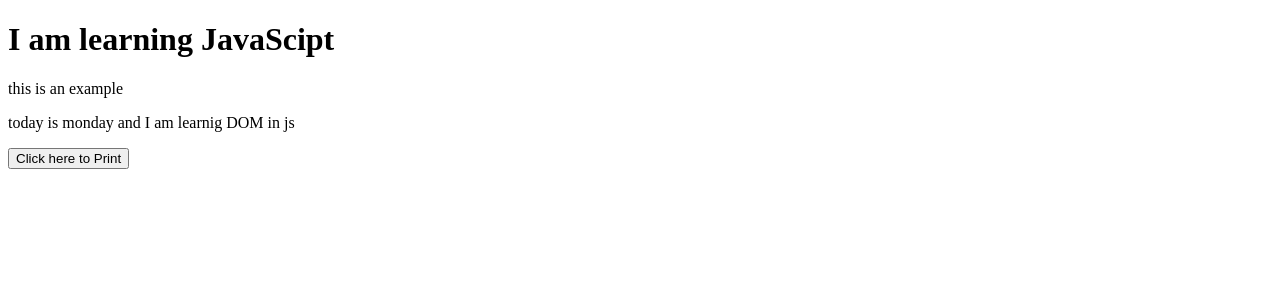
Repository: phulkeshwarmahto/CompleteJS
Page: index.html
The author's editor kept a copy of each file at every save. The page is drawn from the files as they stood at one save, then again after a run of saves.
The browser window is 1280 px wide. The pictures show the whole page.

Above is the page before, as saved 2025-06-24 17:07:02.

### index.html
<!DOCTYPE html>
<html lang="en">
<head>
    <meta charset="UTF-8">
    <meta name="viewport" content="width=device-width, initial-scale=1.0">
    <title>Document</title>
</head>
<body>
    <h1 id="myH">I am learning JavaScipt
    </h1>
    <p id="myP">this is an example</p>
    <p class="para" >today is monday and I am learnig DOM in js</p>
    <button onclick="window.print()">Click here to Print</button>
    <p
</body>
<script src="first.js">
</script>
<script src="DocumentObjectModel(DOM).js"></script>
</html>

### DocumentObjectModel(DOM).js
/* DOM = it is a programming interface for HTML and XML documents.
It represents the structure of a document as a tree of objects, allowing scripts to access and manipulate the content, structure, and style of a document.
The DOM provides a way to interact with the document, allowing developers to create dynamic web pages and applications by modifying the document structure, style, and content in response to user actions or other events.

 The DOM is language-agnostic, meaning it can be used with various programming languages, but it is most commonly associated with JavaScript in web development.
The DOM is a standard that defines the structure and behavior of documents, and it is implemented by web browsers to provide a consistent interface for developers to work with HTML and XML documents.
The DOM is a tree-like structure where each node represents a part of the document, such as an element, attribute, or text content.
The DOM provides methods and properties to traverse the document tree, access and modify elements, attributes, and text content, and respond to events such as user interactions.
The DOM is an essential part of web development, enabling developers to create interactive and dynamic web applications by manipulating the document structure and content in real-time.


/*  structutre of the DOM
+-----------+
|  window   |
+-----------+
     |
+-----------+
| document  |
+-----------+
     |
+-----------+
|   html    |
+-----------+
   /     \
 /         \
v           v
+------+   +------+
| head |   | body |
+------+   +------+
  |          |   \
  |          |    \
  v          v     v
+------+   +------+ +--------+
| meta |   |  div | | script |
+------+   +------+ +--------+
| meta |     |
+------+     v
|title |  +------+------+---+
+------+  | img, h1, p, div |
| link |  +-------------+---+
+------+

all boxes are nodes and also a objects in the DOM.
Each node can have attributes, child nodes, and text content.
*/

console.dir(window); // window is the global object in the browser environment
console.dir(document); // document is a property of the window object, representing the DOM of the current page
console.dir(document.documentElement); // Represents the root element of the document (usually <html>)
console.dir(document.head); // Represents the <head> element of the document
console.dir(document.body); // Represents the <body> element of the document

let word = document.getElementById("myH")
console.dir(word); // Accessing an element by its ID
console.dir(word.innerHTML); // Accessing the inner HTML of the element

let elements = document.getElementsByClassName("para");
console.dir(elements); // Accessing elements by their class name
console.log(elements); // Logging the HTMLCollection of elements with the class "para"

Loaded but not shown: first.js (no copy from this time; the picture is the same without it)

After the next 2 saves:
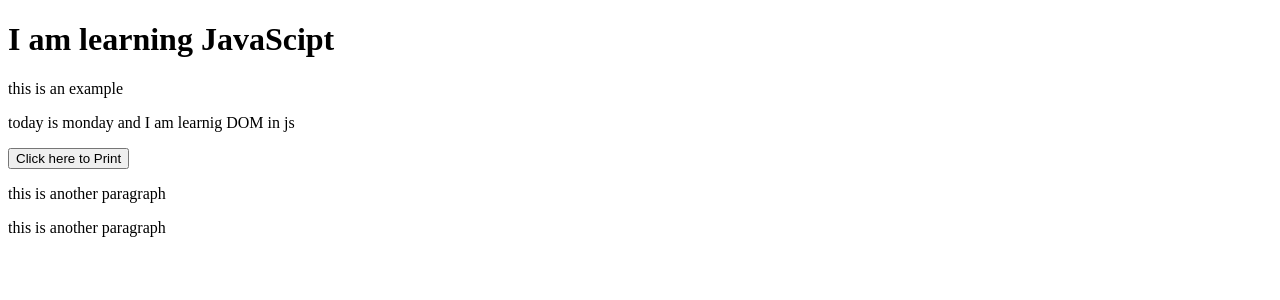
The 2 saves are shown as one change because they came seconds apart.
The last was saved 5 s later.
--- a/index.html
+++ b/index.html
@@ -11,7 +11,8 @@
     <p id="myP">this is an example</p>
     <p class="para" >today is monday and I am learnig DOM in js</p>
     <button onclick="window.print()">Click here to Print</button>
-    <p
+    <p class="para">this is another paragraph</p>
+    <p class="para">this is another paragraph</p>
 </body>
 <script src="first.js">
 </script>
